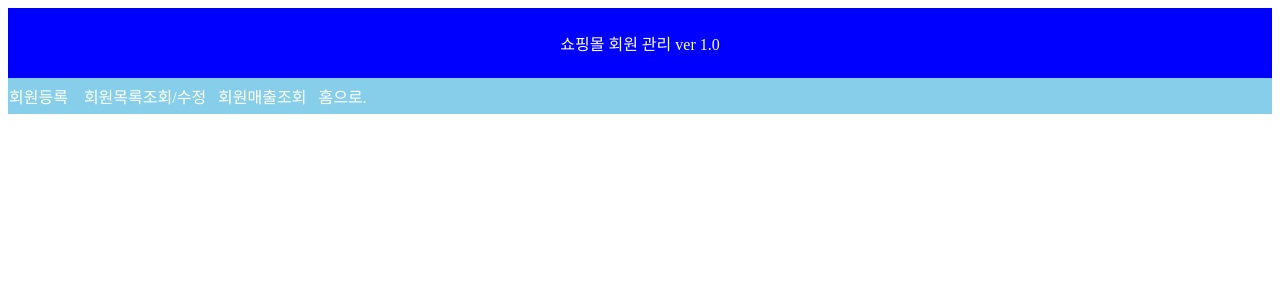
Repository: choigobin/Programming
Page: http://localhost/HRD1118/
An editor plug-in stored every save of this project. The page is shown before and after the next save, followed by the edit.
The browser window is 1280 px wide. The pictures show the whole page.
The page is served by Tomcat 9.

Above is the page before, as saved 2019-11-18 04:03:47.

After the next save:
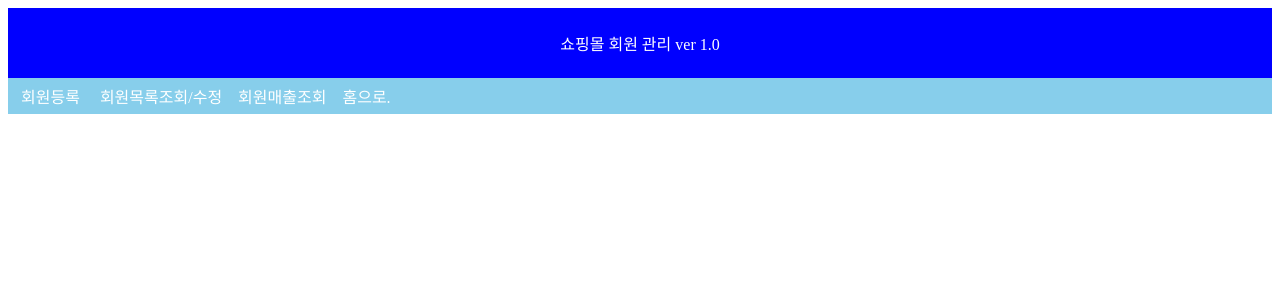
Saved 18 s later.
--- a/YangJung/workspace/HRD1118/WebContent/nav.jsp
+++ b/YangJung/workspace/HRD1118/WebContent/nav.jsp
@@ -1,12 +1,12 @@
 <%@ page language="java" contentType="text/html; charset=UTF-8"
     pageEncoding="UTF-8"%>
-<tr height="5%">
-<td bgcolor="skyblue" align="left">
-<span style="color: white;">
-	<a href="#">회원등록</a> &nbsp&nbsp
-	<a href="#">회원목록조회/수정</a>&nbsp&nbsp
-	<a href="#">회원매출조회</a>&nbsp&nbsp
-	<a href="index.jsp">홈으로.</a>
+<tr id="t1" height="5%">
+<td id="t1" bgcolor="skyblue" align="left">
+<span style="color: white;">&nbsp&nbsp
+	<a href="insert.jsp">회원등록</a> &nbsp&nbsp&nbsp
+	<a href="SQL_select.jsp">회원목록조회/수정</a>&nbsp&nbsp&nbsp
+	<a href="#">회원매출조회</a>&nbsp&nbsp&nbsp
+	<a href="index.jsp">홈으로.</a>&nbsp&nbsp&nbsp
 </span>
 </td>
 </tr>
